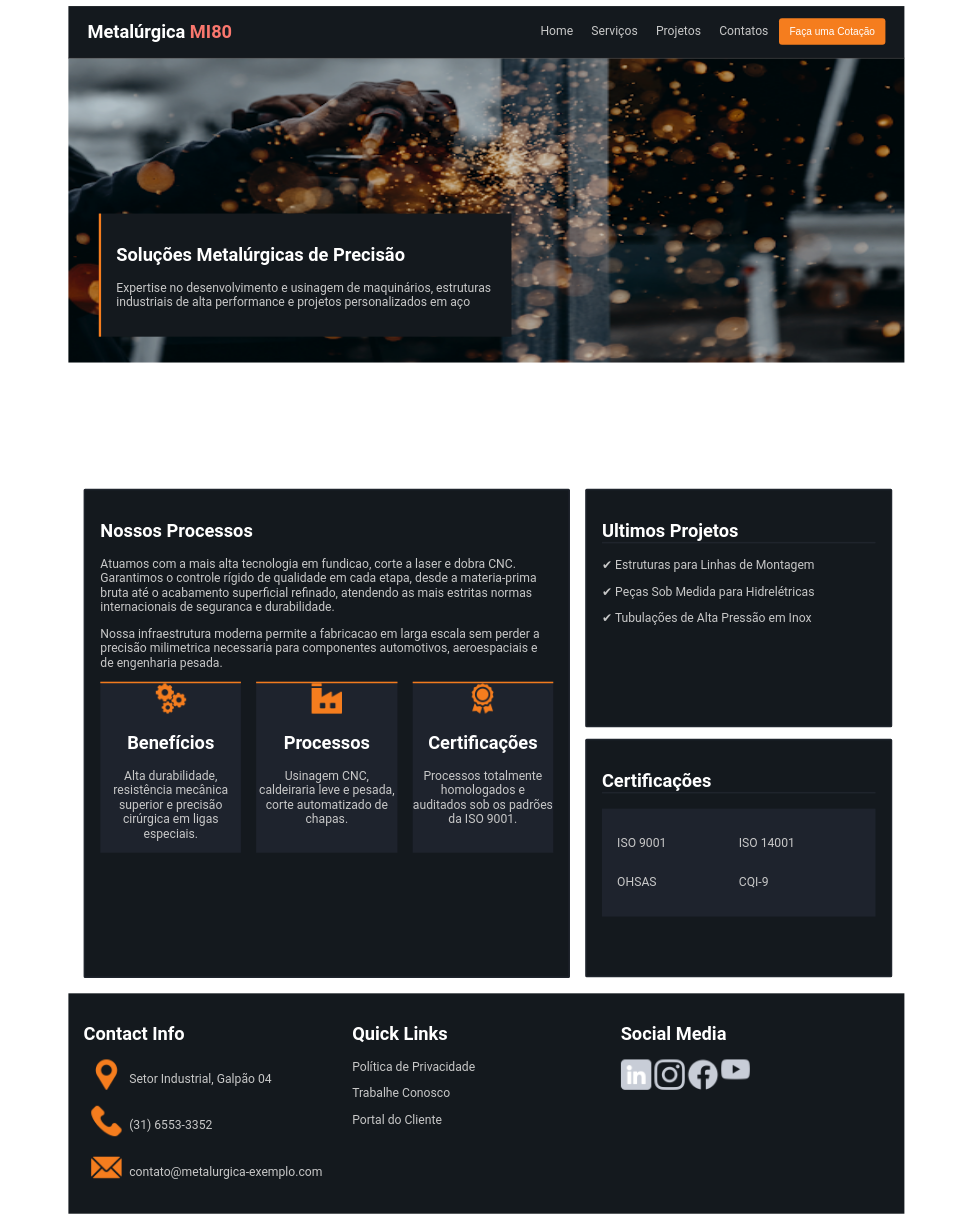
Repository: guiCherpinski/landing-page-metalurgica
Page: index.html
The author's editor kept a copy of each file at every save. The page is drawn from the files as they stood at one save, then again after a run of saves.
The browser window is 1280 px wide. The pictures show the whole page, at 76% of full size.

Above is the page before, as saved 2026-06-08 15:30:21.

After the next 4 saves:
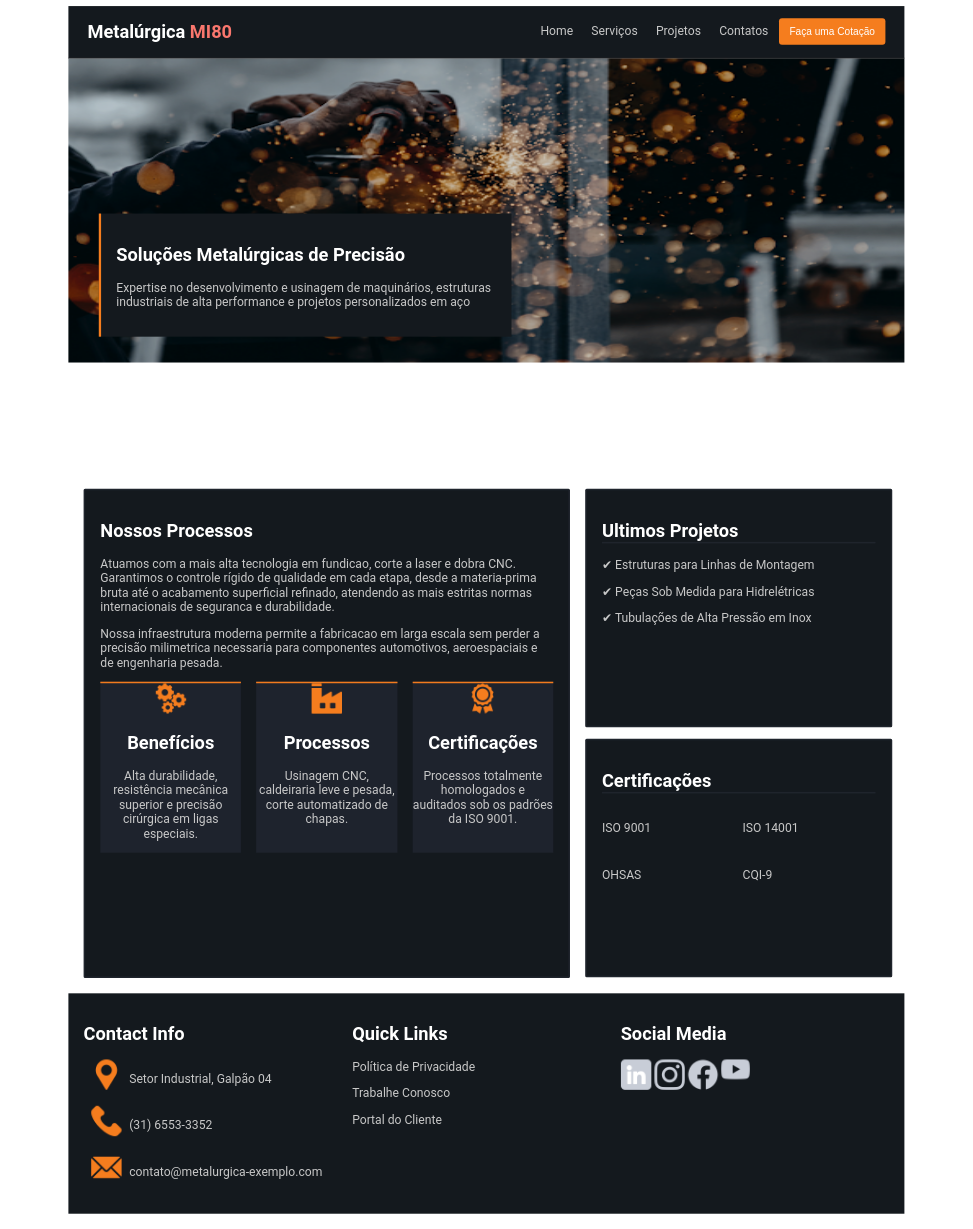
The 4 saves are shown as one change because they came seconds apart.
The last was saved 11 s later.
--- a/style.css
+++ b/style.css
@@ -196,8 +196,7 @@ header button:hover{
 .paragrafos{
     display: grid;
     grid-template-columns: 1fr 1fr;
-    background: #1E232D;
-    padding: 20px;
+    gap: 10px;
 }
 
 .paragrafos p {
